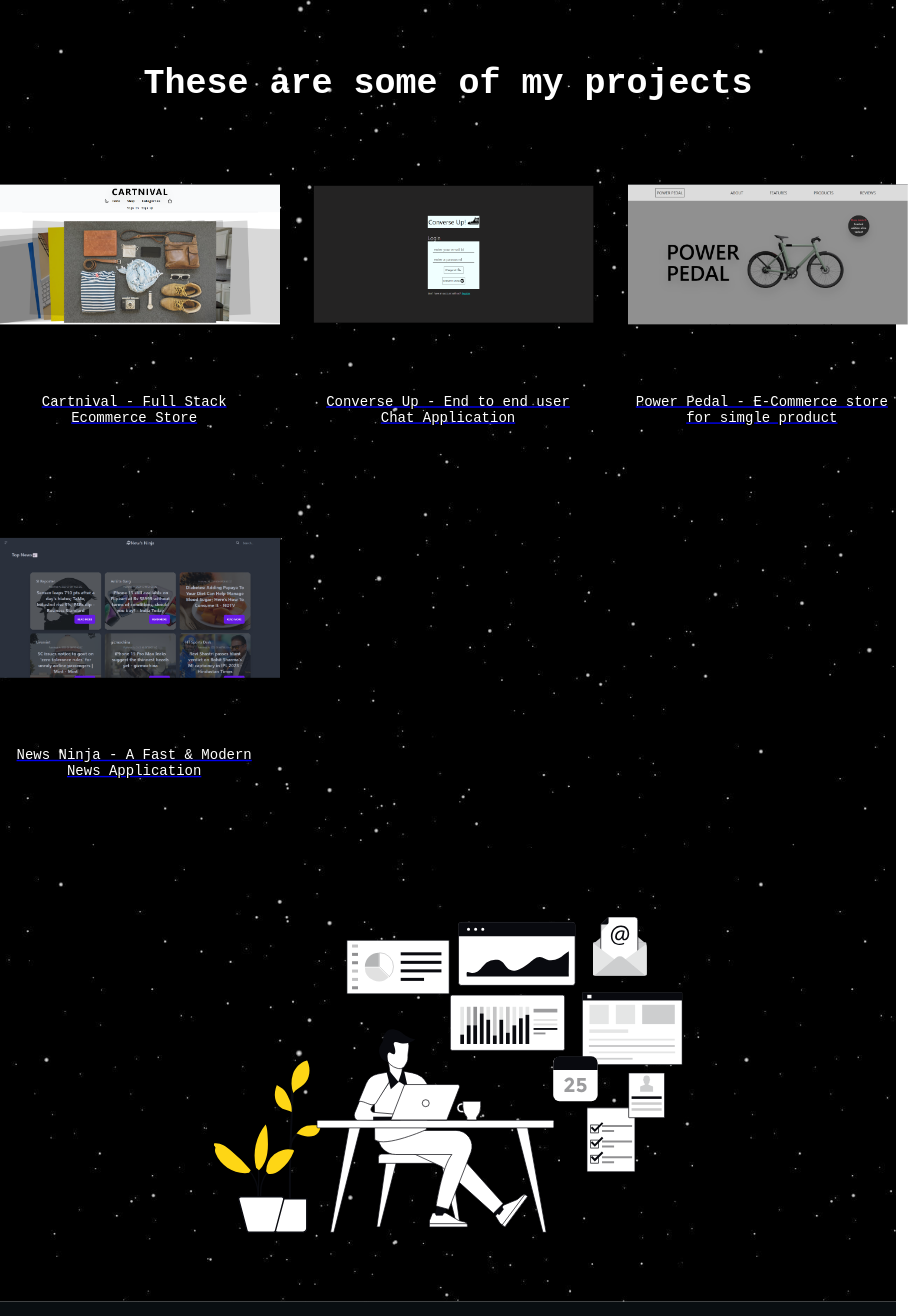
Repository: punitbathija/portfolio
Page: index.html
These files come from the project's save history. The page is drawn as it stood at one moment and after the next save; the edit follows.
The browser window is 1280 px wide. The page is 1297 px wide, so the pictures cover 1297 px, including what lies to the right of the window. The pictures show the part of the page from y = 698 to 2578 px (the page is 3209 px tall), at 70% of full size.
Some web libraries are served in a nearby version.

Above is the page before, as saved 2023-05-09 17:54:26.

After the next save:
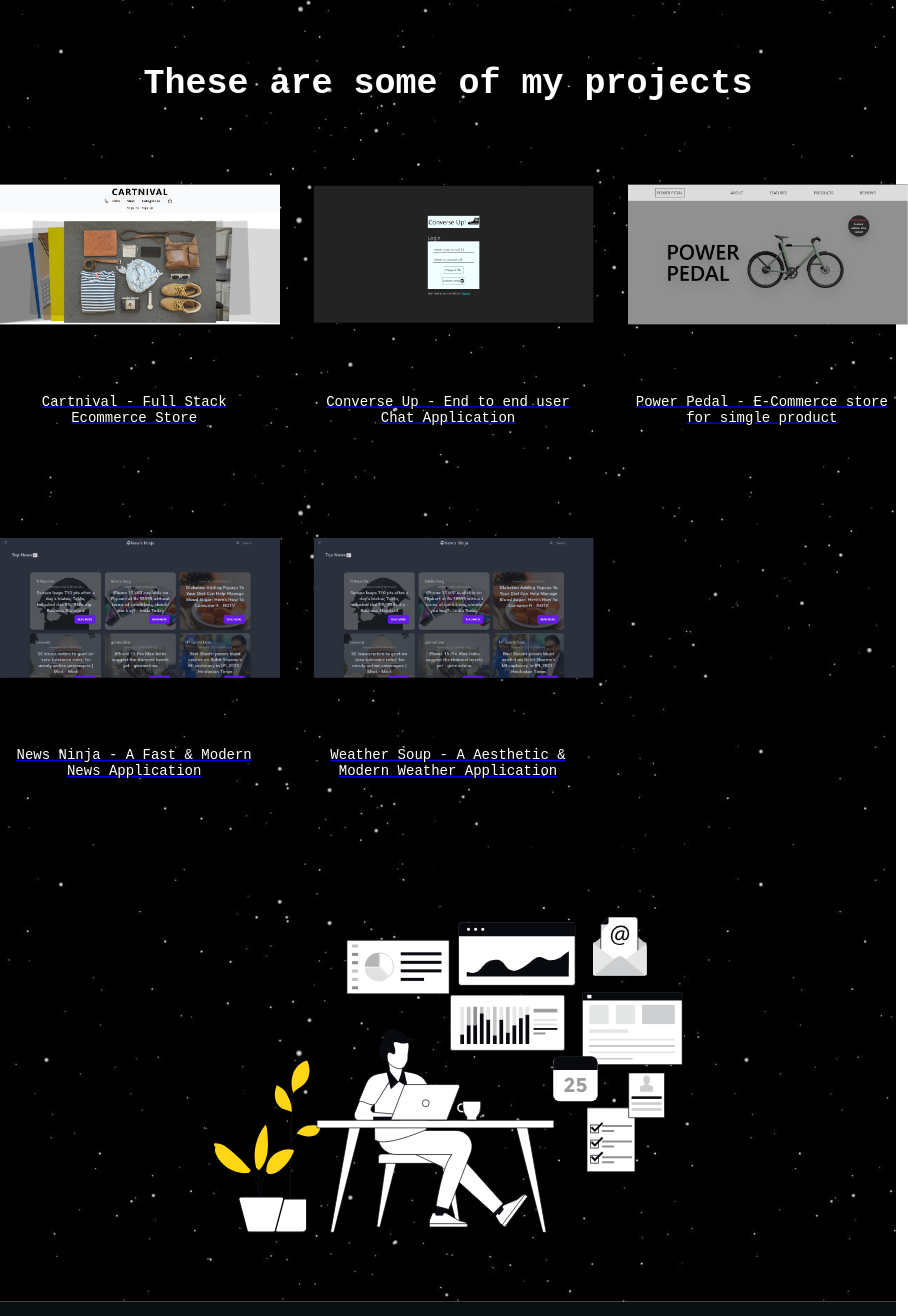
Saved 101 s later.
--- a/index.html
+++ b/index.html
@@ -61,6 +61,12 @@
                 News Ninja - A Fast & Modern News Application</p>
             </a>
 
+
+            <a href="https://news-ninja.vercel.app/" target="_blank" class="project-tile">
+                <img class="project-image" src="./assets/newsninja'.png" alt="project">
+             <p class="project-title">
+                Weather Soup - A Aesthetic & Modern Weather Application</p>
+            </a>
        </div>
     </section>
 <div class="animation">
